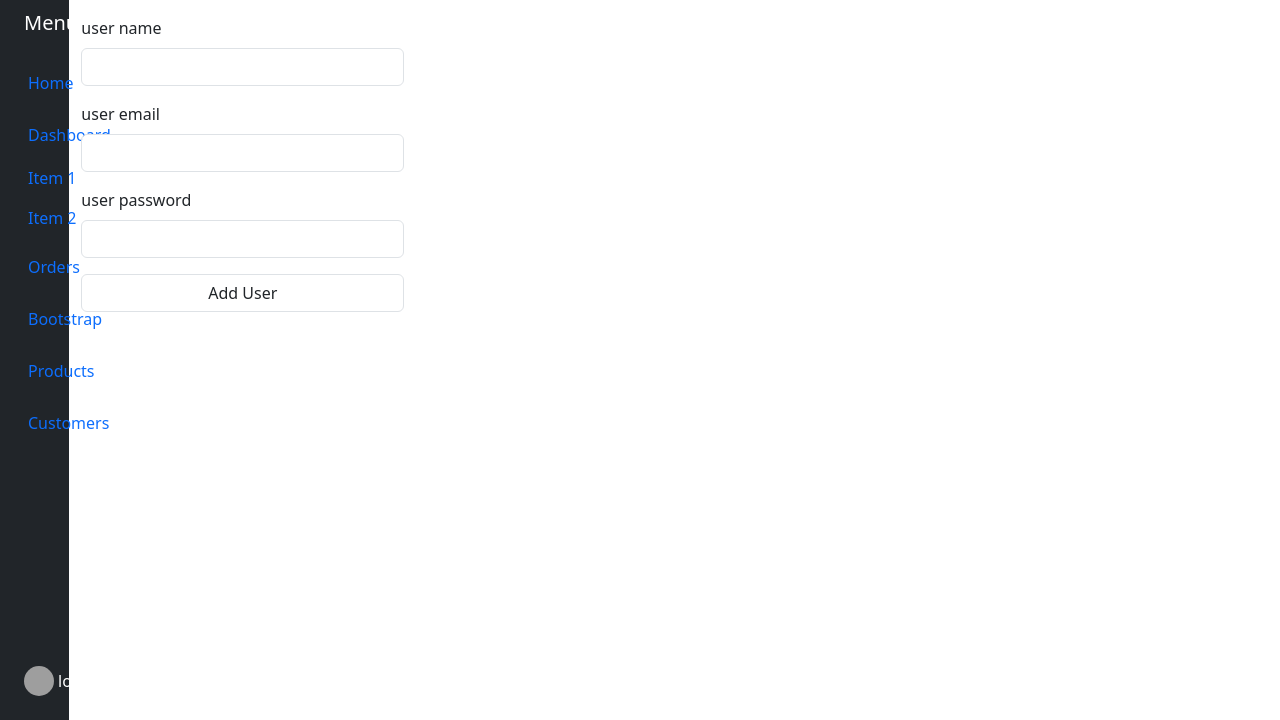
Repository: HadelAbdellatif/ReactApp3
Page: /user/create
These files come from the project's save history. The page is drawn as it stood at one moment and after a run of saves; the edit follows.
The browser window is 1280 px wide. The pictures show the whole page.
Pictures or frames that could not be fetched are drawn as grey boxes. The project was rebuilt for these pictures with package versions that can differ from the ones it lists, and the page was loaded fresh each time. Also part of the build but not shown: vite.config.js, src/components/users/Index.jsx.

Above is the page before, as saved 2023-11-08 18:23:04.

After the next 3 saves:
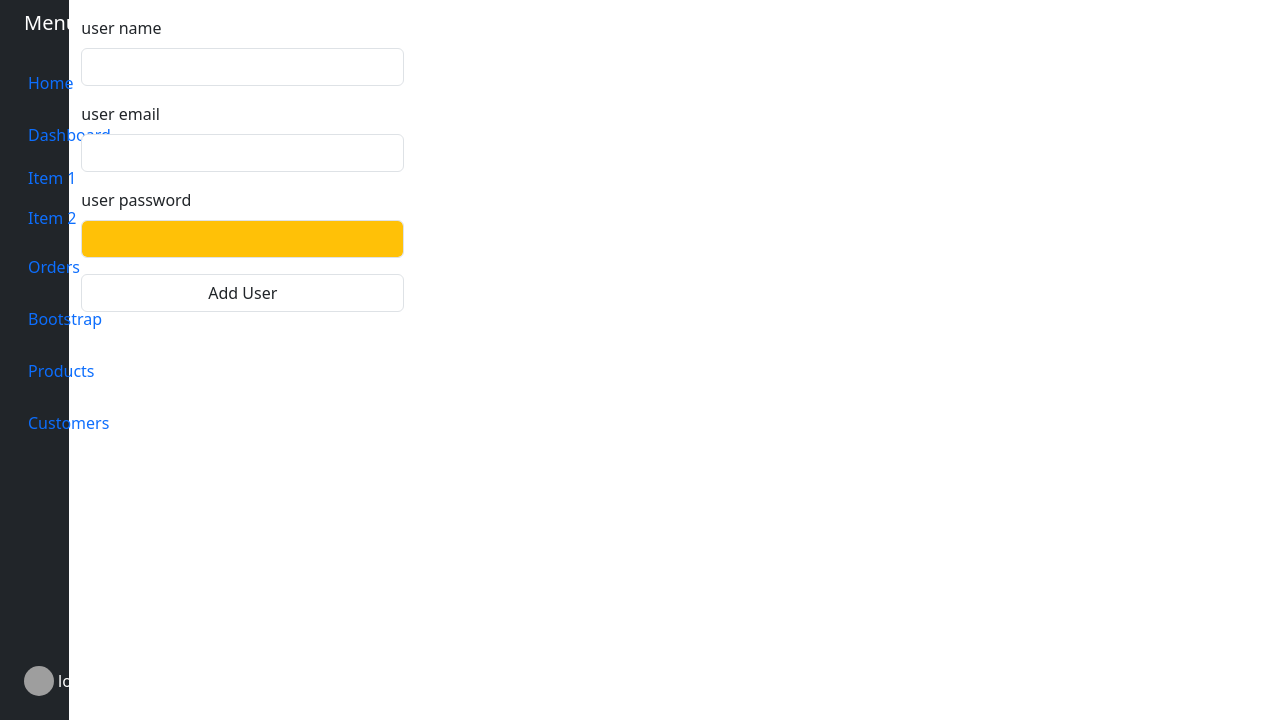
The 3 saves are shown as one change because they came seconds apart.
The last was saved 16 s later.
--- a/src/shared/Input.jsx
+++ b/src/shared/Input.jsx
@@ -5,7 +5,7 @@ export default function Input({id, title, type, handelData, name, customClass})
   return (
 <div className="mb-3">
     <label htmlFor={id} className="form-label">{title}</label>
-    <input type={type} name={name} className={`form-control` } id={id} onChange={handelData}/>
+    <input type={type} name={name} className={`form-control ${customClass}`} id={id} onChange={handelData}/>
     </div>
     )
 }
